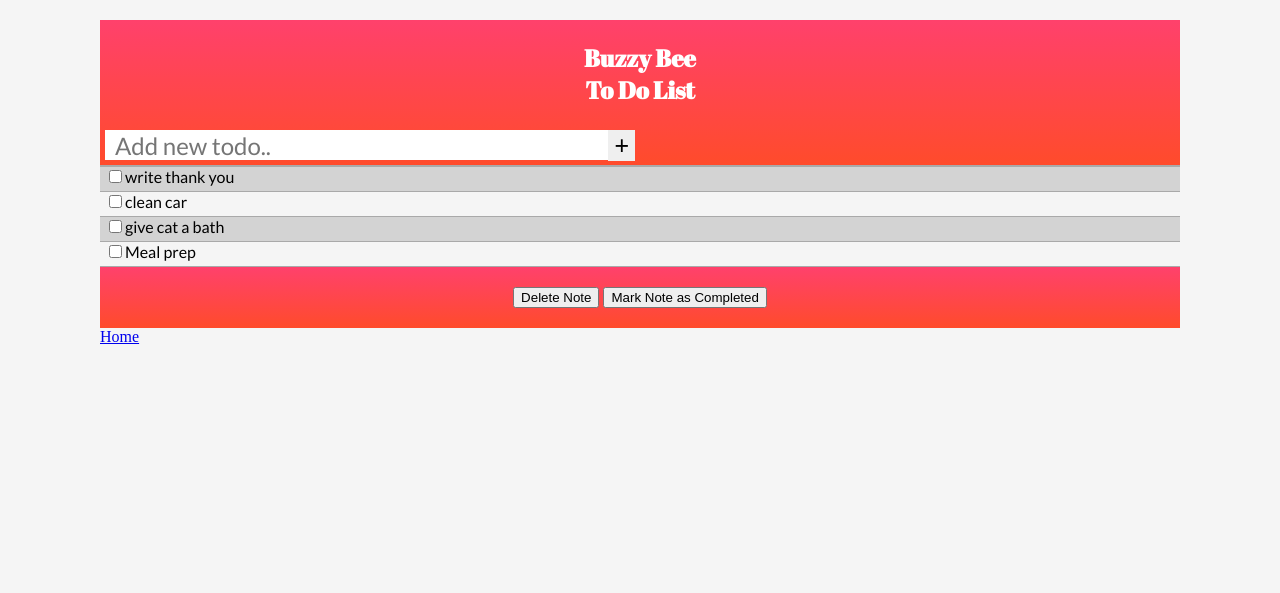
Repository: seleniadelgado/backend-spring2020-angie
Page: projects/todo/public_html/index.html
An editor plug-in stored every save of this project. The page is shown before and after the next save, followed by the edit.
The browser window is 1280 px wide. The pictures show the whole page.
The page's requests for data from a server got no answer.

Above is the page before, as saved 2020-05-13 16:17:48.

### projects/todo/public_html/index.html
<!DOCTYPE html>

<html lang="en">
    <head>
        <meta charset="utf-8">
        <title>Buzzy Bee - To Do List</title>
        <meta name="description" content="The HTML5 Herald">
        <meta name="author" content="SitePoint">
        <link rel="stylesheet" href="styles.css">
        <link href="https://fonts.googleapis.com/css2?family=Abril+Fatface&family=Lato&display=swap" rel="stylesheet">
        <script
            src="https://code.jquery.com/jquery-3.5.0.min.js"
            integrity="sha256-xNzN2a4ltkB44Mc/Jz3pT4iU1cmeR0FkXs4pru/JxaQ="
            crossorigin="anonymous">
        </script>
</head>
<body>
    <main>
    <div class="sectionTitle">
        <div class="appTitle">
            <h2>Buzzy Bee <br> To Do List</h2>
        </div>
        <div id="addNote">
            <input type="text" id="newNote" placeholder="Add new todo..">
            <button id="addBtn" type="button">+</button>
        </div>
    </div>
    <div class="todoList">
        <ul id="myList">
            <li><label class="container"><input type="checkbox"><span class="checkmark">write thank you</span></label></li>
            <li><label class="container"><input type="checkbox"><span class="checkmark">clean car</span></label></li>
            <li><label class="container"><input type="checkbox"><span class="checkmark">give cat a bath</span></label></li>
            <li><label class="container"><input type="checkbox"><span class="checkmark">Meal prep</span></label></li>
        </ul>
    </div>
    <div class="buttonsArea">
        <button type="button">Delete Note</button>
        <button type="button">Mark Note as Completed</button>
    </div>

</main>




















    <a href="http://localhost:3000/">Home</a>



    <script>
        $(document).ready(() => {
            let objectToSend = {
                note: "Do somethings",
                author: "Nick"
            }

            $.post("http://localhost:3000/newNote", objectToSend, (dataToGet) => {
                console.log(dataToGet);
            });
            $.post("http://localhost:3000/readNotes", {}, (dataToGet) => {
                let allNotesArray = dataToGet.notes;

                console.log(allNotesArray);
            })
        })

        //import the data from default user
        // make JSON into JS with parse.
        //with the list we want to populate our ul.
        //use jquery to access the dom, grab the string
        //loop over notes
        //add the note as an li to the ul
        //  Create li with jquery.
        //  target the ul with jquery and append the li.
        //note: $('<li></li>'')
        //      $('ul') -> a jquery list which holds the ul.
        //      get 1st element from the array

    </script>
</body>
</html>

### projects/todo/public_html/styles.css
:root {
    --main-color: linear-gradient(#FF416C, #FF4B2B);
    --background-color: whitesmoke;
    --title-font: 'Abril Fatface', cursive, sans-serif;
    --list-font: 'Lato', sans-serif;
    --font-size-title: 48px;
    --font-size-list-item: 36px;
}

html {
    background: var(--background-color);
    height: 100%;
}
* {
    box-sizing: border-box;
}
body {
    margin: 0px 100px 75px 100px;
    background-color: var(--main-color);
}

.sectionTitle {
    background: var(--main-color);
    text-align: center;
    border-bottom: 2px solid darkgray;
    margin-top: 0%;
    font-family: var(--title-font);
}

.appTitle h2 {
    color: white;
    padding-top: 2%;
}
#addNote {
    display: flex;
    align-items: flex-start;
    padding: 5px;
    height: 30px;
    width: 50%;
    margin-bottom: 10px;
    font-family: 'Gill Sans', 'Gill Sans MT', Calibri, 'Trebuchet MS', sans-serif;
}
#addBtn {
    margin-left: 0%;
    font-size: 25px;
    color: none;
    border: none;
    background: light-grey;
}
#newNote {
    border: none;
    width: 100%;
    height: 150%;
    font-size: 24px;
    font-family: var(--list-font);
    padding-left: 10px;
}

#myList li:nth-child(odd) {
    background: lightgray;
  }
#myList {
    list-style: none;
    padding: 0px;
    margin-top: 0px;
    margin-bottom: 0px;
    background-color: var(--main-color);
}

#myList li {
    cursor: pointer;
    height: 25px;
    border-bottom: 1px solid darkgray;
    background-color: whitesmoke;
    padding-left: 5px;
    font-family: var(--list-font);
    margin: auto;
}

.buttonsArea {
    background: var(--main-color);
    text-align: center;
    padding: 20px;
}

After the next save:
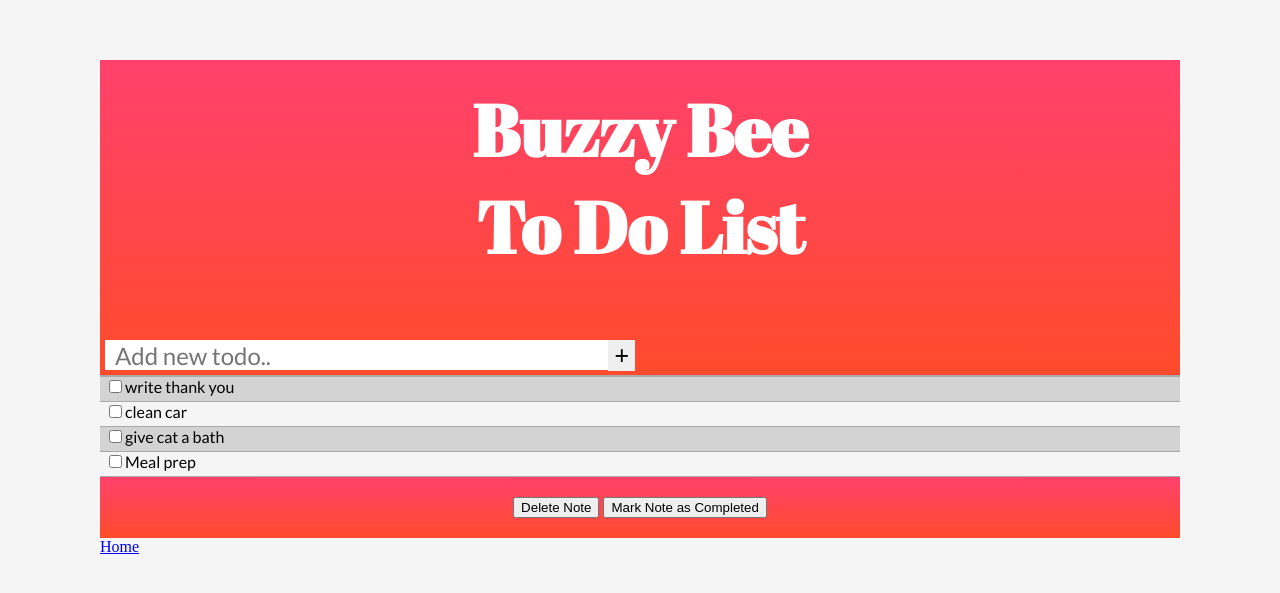
Saved 12 s later.
--- a/projects/todo/public_html/styles.css
+++ b/projects/todo/public_html/styles.css
@@ -25,6 +25,7 @@ body {
     border-bottom: 2px solid darkgray;
     margin-top: 0%;
     font-family: var(--title-font);
+    font-size: var(--font-size-title);
 }
 
 .appTitle h2 {
